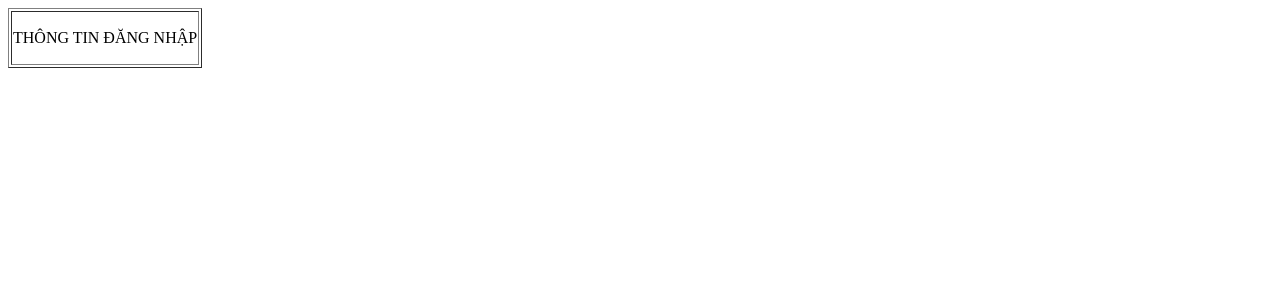
Repository: Vanh260703/Java-Servlet
Page: Bai1_HelloWorld/src/main/webapp/vidu.html
The author's editor kept a copy of each file at every save. The page is drawn from the files as they stood at one save, then again after the next save.
The browser window is 1280 px wide. The pictures show the whole page.

Above is the page before, as saved 2025-02-28 15:56:32.

### Bai1_HelloWorld/src/main/webapp/vidu.html
<!DOCTYPE html>
<html>
<head>
<meta charset="UTF-8">
<title>Insert title here</title>
</head>
<body>
	<table border = "1">
		<tbody>
			<tr>
				<td><p>THÔNG TIN ĐĂNG NHẬP</p></td>
			</tr>
		</tbody>
	</table>

</body>
</html>

After the next save:
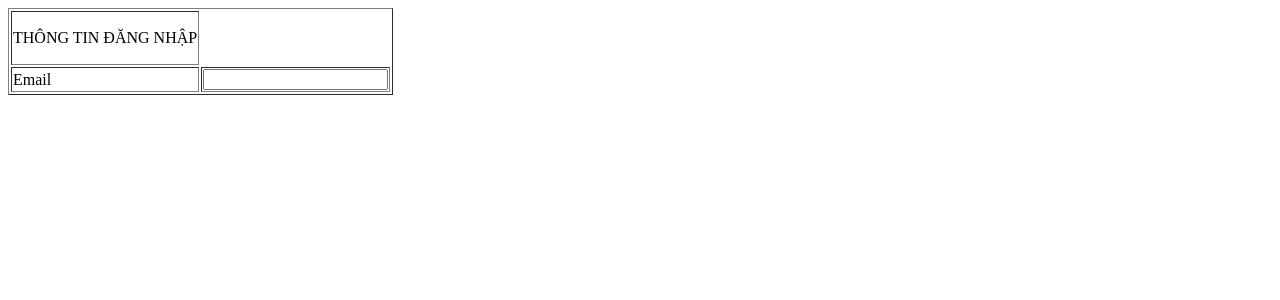
Saved 2 min 27 s later.
--- a/Bai1_HelloWorld/src/main/webapp/vidu.html
+++ b/Bai1_HelloWorld/src/main/webapp/vidu.html
@@ -10,6 +10,14 @@
 			<tr>
 				<td><p>THÔNG TIN ĐĂNG NHẬP</p></td>
 			</tr>
+			<tr>
+				<td>
+					<label>Email</label>
+				</td>
+				<td>
+					<input type = "email">
+				</td>
+			</tr>
 		</tbody>
 	</table>
 
